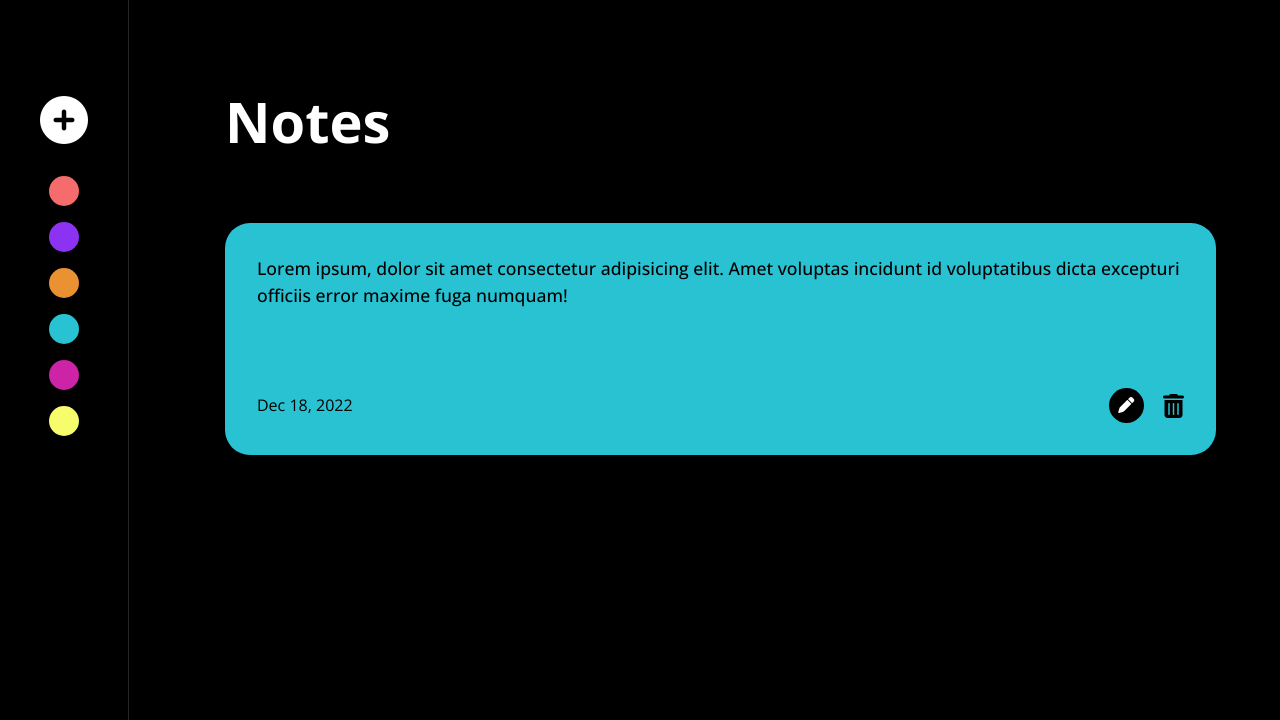
Repository: emiliaiwu/notes_app
Page: index.html
These files come from the project's save history. The page is drawn as it stood at one moment and after the next save; the edit follows.
The browser window is 1280 px wide. The pictures show the whole page.
Some web libraries are served in a nearby version.

Above is the page before, as saved 2022-12-19 23:55:34.

After the next save:
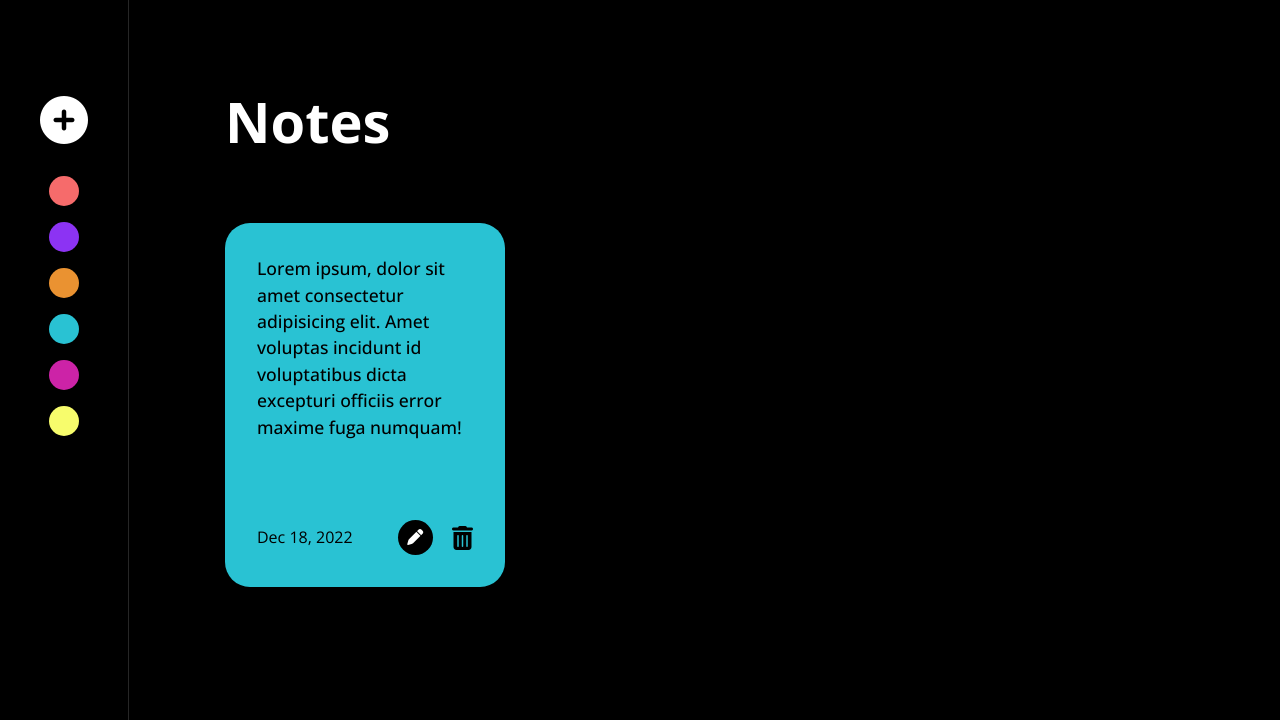
Saved 4 s later.
--- a/style.css
+++ b/style.css
@@ -96,7 +96,7 @@ h1 {
 .cards {
     display: grid;
     /* grid-template-columns: repeat(auto-fit, minmax(19rem, 1fr)); */
-    grid-template-columns: repeat(3, 280pcfr);
+    grid-template-columns: repeat(3, 280px);
     gap: 2.5rem;
 }
 
